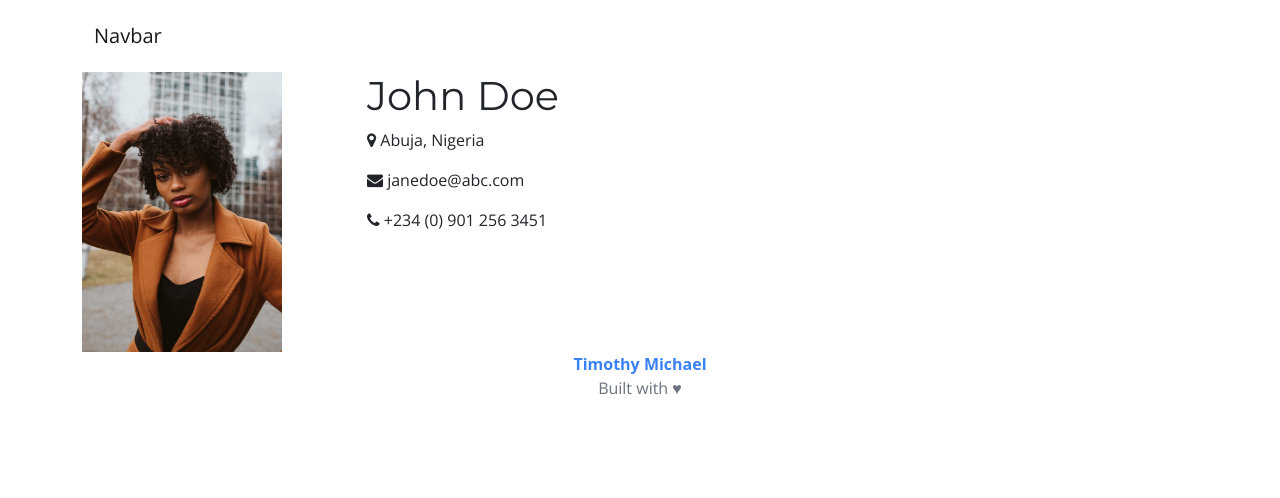
Repository: latenightsnacc/giggles
Page: HTML/CV.html
These files come from the project's save history. The page is drawn as it stood at one moment and after the next save; the edit follows.
The browser window is 1280 px wide. The pictures show the whole page.
Some web libraries are served in a nearby version.

Above is the page before, as saved 2021-01-04 15:12:23.

### HTML/CV.html
<!DOCTYPE html>
<html lang="en">
<head>
    <meta charset="UTF-8">
    <meta name="viewport" content="width=device-width, initial-scale=1.0">
    <link href="https://cdnjs.cloudflare.com/ajax/libs/tailwindcss/2.0.2/tailwind.min.css" rel="stylesheet">
    <link rel="stylesheet" href="https://stackpath.bootstrapcdn.com/font-awesome/4.7.0/css/font-awesome.min.css" />
    <link href="https://cdn.jsdelivr.net/npm/bootstrap@5.0.0-beta1/dist/css/bootstrap.min.css" rel="stylesheet" integrity="sha384-giJF6kkoqNQ00vy+HMDP7azOuL0xtbfIcaT9wjKHr8RbDVddVHyTfAAsrekwKmP1" crossorigin="anonymous">
    <link rel="stylesheet" href="stylesheet.css">
    <title>CV Page</title>
</head>
<body class="overflow-x-hidden">
    <!--Navigation-->
    <header class="container">
        <nav class="navbar navbar-expand-lg navbar-light bg-white py-3">
            <div class="container-fluid">
              <a class="navbar-brand" href="search.html">Navbar</a>
              <button class="navbar-toggler" type="button" data-bs-toggle="collapse" data-bs-target="#navbarNavDropdown" aria-controls="navbarNavDropdown" aria-expanded="false" aria-label="Toggle navigation">
                <span class="navbar-toggler-icon"></span>
              </button>
              <div class="collapse navbar-collapse" id="navbarNavDropdown">

              </div>
            </div>
        </nav>
    </header>
    <main>
        <!--Basic Profile-->
        <div class="container">
            <div class="row">
                <div class="col-xs-12 col-sm-12 col-md-3 col-lg-3 col-xl-3">
                    <div>
                        <img src="assets/userDp.jpg" style="width:200px" alt="profile picture">
                    </div>
                </div>
                <div class="col-xs-12 col-sm-12 col-md-9 col-lg-9 col-xl-9">
                    <div>
                        <h1>John Doe</h1>
                        <p>
                            <i class="fa fa-map-marker"></i>
                            Abuja, Nigeria
                        </p>
                        <p>
                            <i class="fa fa-envelope"></i>
                            janedoe@abc.com
                        </p>
                        <p>
                            <i class="fa fa-phone"></i>
                            +234 (0) 901 256 3451
                        </p>
                    </div>
                </div>
            </div>
        </div>
    </main>
    <footer class="text-center text-l text-blue-500 font-semibold">
        Timothy Michael
        <p class="text-gray-500">Built with &hearts;</p>
    </footer>

    <script src="https://cdn.jsdelivr.net/npm/bootstrap@5.0.0-beta1/dist/js/bootstrap.bundle.min.js" integrity="sha384-ygbV9kiqUc6oa4msXn9868pTtWMgiQaeYH7/t7LECLbyPA2x65Kgf80OJFdroafW" crossorigin="anonymous"></script>

</body>
</html>

### HTML/stylesheet.css
@import url('https://fonts.googleapis.com/css2?family=Montserrat:wght@400;700&family=Open+Sans:wght@300;400&display=swap');

h1, h2, h3, h4, h5, h6 {
    font-family: 'Montserrat', sans-serif;
}
.user-info h1 {
    line-height: 60px;
    font-size: 50px;
    font-weight: 700;
    margin-top: 20px;
}
.user-info h2 {
    line-height: 27px;
    font-size: 18px;
    font-weight: 400;
    margin-top: 15px;
}
.user-info span {
    line-height: 36px;
    font-size: 30px;
    font-weight: 600;
}
.user-info p {
    margin: 5px 0;
}
.user-info button {
    margin-top: 10px;
}
p, div, a, button {
    font-family: 'Open Sans', sans-serif;
    font-weight: 300;
}

.work-experience .row:hover .text {
    border:2px solid  #3b82f6;

}
.work-experience .row:hover .flex .no {
    border:1px solid #3b82f6;

}
.nav-link {
    color: #3b82f6 !important;
}
.nav-item .active{
    font-weight: 600;
}

After the next save:
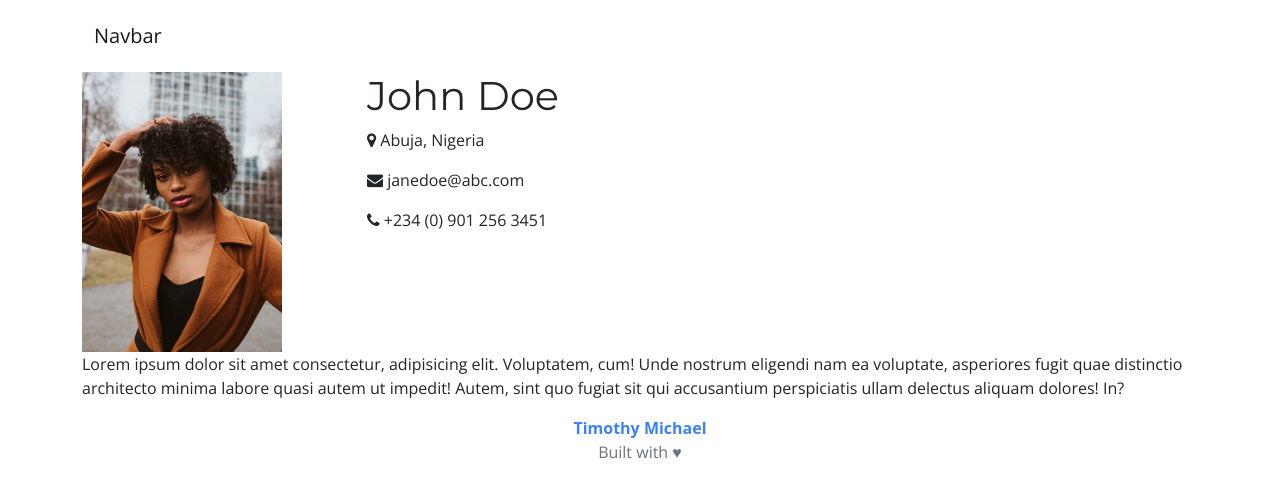
Saved 36 s later.
--- a/HTML/CV.html
+++ b/HTML/CV.html
@@ -52,6 +52,10 @@
                 </div>
             </div>
         </div>
+
+        <div class="container">
+            <p>Lorem ipsum dolor sit amet consectetur, adipisicing elit. Voluptatem, cum! Unde nostrum eligendi nam ea voluptate, asperiores fugit quae distinctio architecto minima labore quasi autem ut impedit! Autem, sint quo fugiat sit qui accusantium perspiciatis ullam delectus aliquam dolores! In?</p>
+        </div>
     </main>
     <footer class="text-center text-l text-blue-500 font-semibold">
         Timothy Michael
